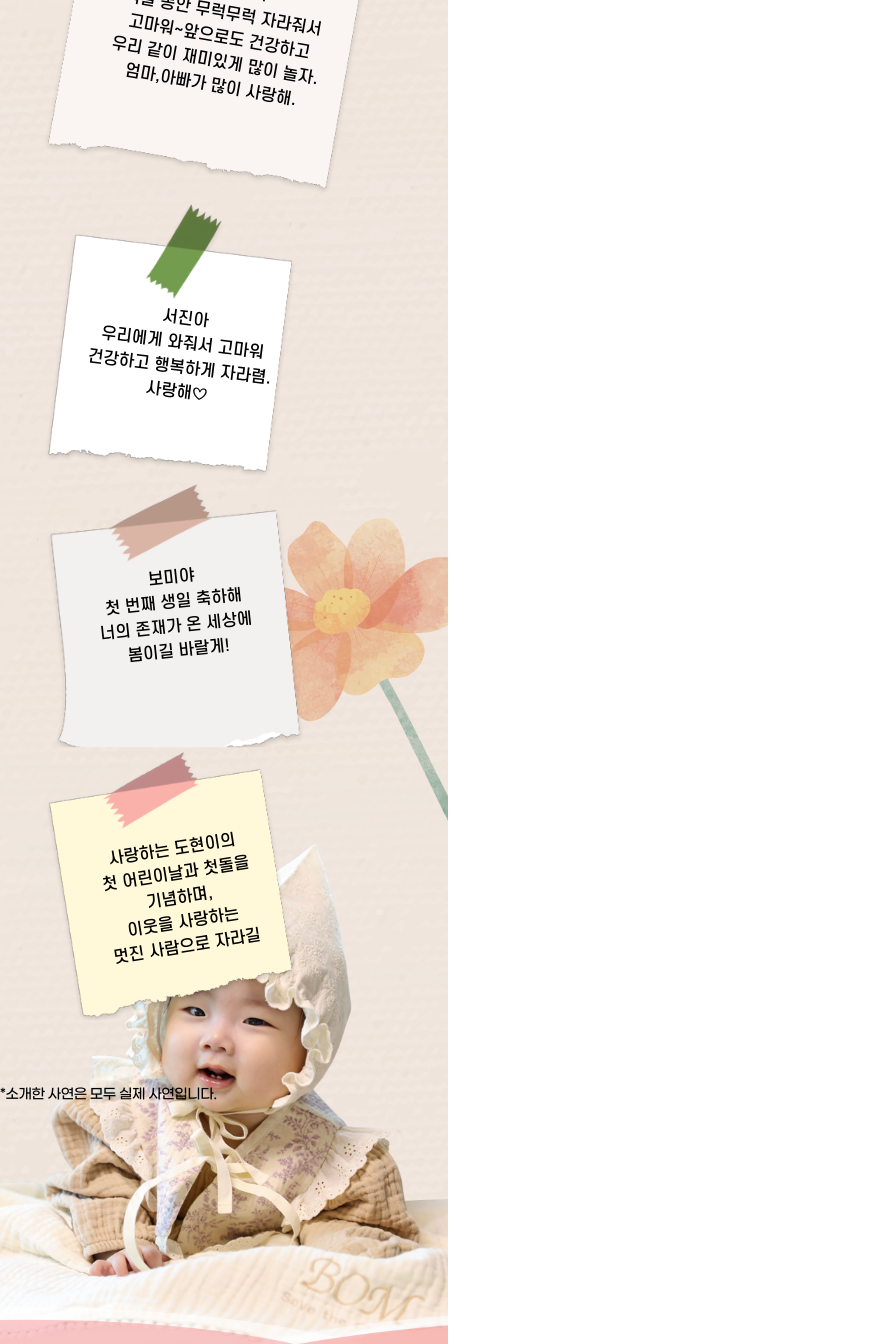
Repository: dlgywls1130/save_children_m
Page: index.html
An editor plug-in stored every save of this project. The page is shown before and after the next save, followed by the edit.
The browser window is 1280 px wide. The pictures show the part of the page from y = 1759 to 3679 px (the page is 9658 px tall), at 70% of full size.

Above is the page before, as saved 2023-12-13 19:02:33.

After the next save:
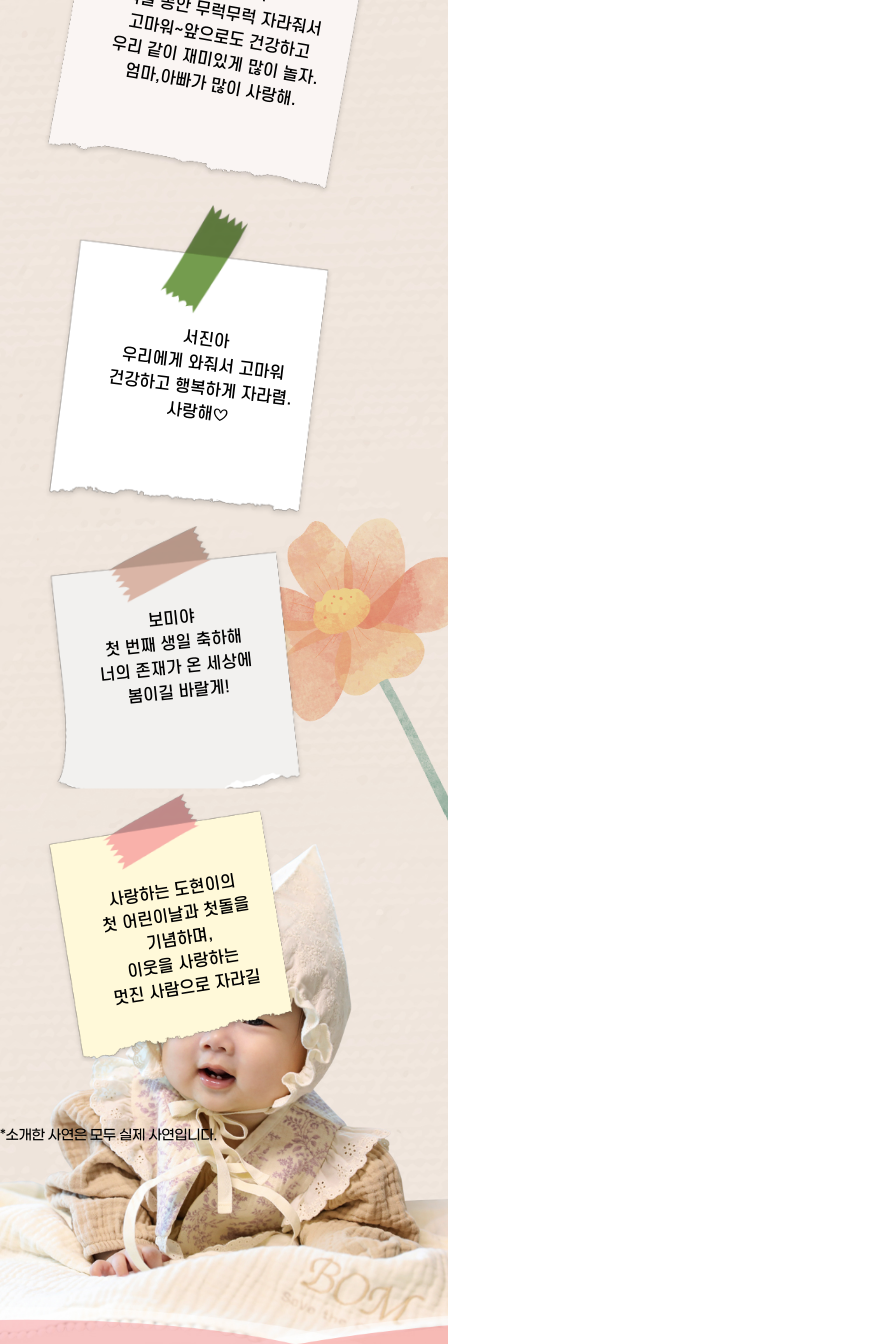
Saved 25 s later.
--- a/css/style.css
+++ b/css/style.css
@@ -286,8 +286,8 @@
 
 .postit03{
     background:url('../img/post02.png') no-repeat;
-    width: 400px;
-    height: 400px;
+    width: 459px;
+    height: 459px;
     background-size: contain;
     box-sizing: border-box;
 }
